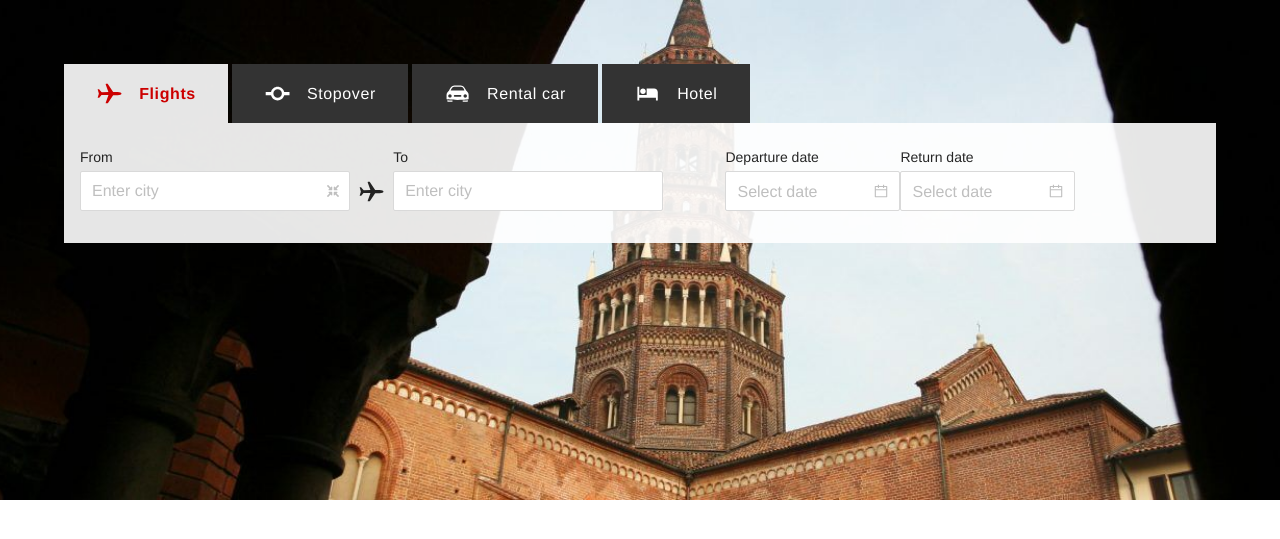
Repository: guidogr95/Everymundo-Excercise
Page: /
An editor plug-in stored every save of this project. The page is shown before and after the next save, followed by the edit.
The browser window is 1280 px wide. The pictures show the whole page.
The project was rebuilt for these pictures with package versions that can differ from the ones it lists, and the page was loaded fresh each time. Also part of the build but not shown: src/components/CustomSpin/customspin.scss.

Above is the page before, as saved 2021-07-01 20:04:21.

### src/index.jsx
import React from 'react';
import ReactDOM from 'react-dom';
import App from './App';
import reportWebVitals from './reportWebVitals';
// redux
import { createStore } from 'redux'
import { Provider } from 'react-redux'
import { flightReducer } from 'src/redux/reducers/flightReducer'
const store = createStore(flightReducer)

ReactDOM.render(
  <React.StrictMode>
    <Provider store={store}>
      <App />
    </Provider>
  </React.StrictMode>,
  document.getElementById('root')
);

// If you want to start measuring performance in your app, pass a function
// to log results (for example: reportWebVitals(console.log))
// or send to an analytics endpoint. Learn more: https://bit.ly/CRA-vitals
reportWebVitals();

### src/App.jsx
// utils
import {
  QueryClient,
  QueryClientProvider,
} from 'react-query'
// styles
import 'antd/dist/antd.css';
import './app.scss';
// components
import BookingMask from 'src/components/BookingMask'

const queryClient = new QueryClient({
  defaultOptions: {
    queries: {
      refetchOnWindowFocus: false,
    },
  },
})

function App() {
  return (
    <QueryClientProvider client={queryClient}>
      <div className="App">
        <div className="flightmanager-container container" >
          <BookingMask />
        </div>
      </div>
    </QueryClientProvider>
  );
}

export default App;

### src/redux/reducers/flightReducer.js
const initialState = {
    geo: {
      origin: '',
      desination: ''
    },
    date: {
      departure: '',
      toReturn: '',
    }
};

export const flightReducer = (state = initialState, action) => {
  switch(action.type){
    case '@geo/update-origin':
      return {
          ...state,
          geo: {
          ...state.geo,
          origin: action.payload
        }
      }
    case '@geo/update-destination':
      return {
          ...state,
          geo: {
          ...state.geo,
          destination: action.payload
        }
      }
    case '@date/update-departure':
      return {
          ...state,
          date: {
          ...state.date,
          departure: action.payload
        }
      }
    case '@date/update-to-return':
      return {
          ...state,
          date: {
          ...state.date,
          toReturn: action.payload
        }
      }
    default:
      return state;
  }
}

// action creators
// @geo
export const geoUpdateOrigin = (payload) => {
  return {
    type: '@geo/update-origin',
    payload
  }
}
export const geoUpdateDestination = (payload) => {
  return {
    type: '@geo/update-destination',
    payload
  }
}
// @date
export const dateUpdateDeparture = (payload) => {
  return {
    type: '@date/update-departure',
    payload
  }
}
export const dateUpdateToReturn = (payload) => {
  return {
    type: '@date/update-to-return',
    payload
  }
}

### src/app.scss
@import 'styles/global';

.App {
  .container {
    width: $desktop-maxwidth;
    max-width: 100%;
  }
  .flightmanager-container {
    background: url('./assets/images/bg.jpg');
    background-size: cover;
    background-position: center;
    min-height: 500px;
    margin: auto;
    padding: 4rem;
  }
}

### src/components/BookingMask/index.jsx
import { useState } from 'react'
// styles
import './bookingmask.scss'
// assets
import { IoIosAirplane, IoMdGitCommit, IoIosCar, IoMdBed } from 'react-icons/io'
// components
import EmptyTab from './EmptyTab'
import FlightsTab from './FlightsTab'

const BookingMask = () => {
  const tabs = [
    {
      name: 'Flights',
      icon: <IoIosAirplane />,
      component: <FlightsTab />
    },
    {
      name: 'Stopover',
      icon: <IoMdGitCommit />,
      component: <EmptyTab />
    },
    {
      name: 'Rental car',
      icon: <IoIosCar />,
      component: <EmptyTab />
    },
    {
      name: 'Hotel',
      icon: <IoMdBed />,
      component: <EmptyTab />
    }
  ]

  const [activeTab, setActiveTab] = useState(tabs[0].name)
  const handleTab = name => setActiveTab(name)

  return (
    <section className="bookingmask" >
      <ul className="bookingmask__nav" >
        {tabs.map(tab =>
          <button
            className={activeTab === tab.name ? 'active' : ''}
            onClick={() => handleTab(tab.name)}
            key={tab.name}
          >
            {tab.icon}<span>{tab.name}</span>
          </button>
        )}
      </ul>
      <div className="bookingmask__tabs-wrapper" >
          {tabs.map(tab =>
            <div
              key={tab.name}
              className={`bookingmask__tab${activeTab === tab.name ? ' active' : ''}`}
            >
              {tab.component}
            </div>
          )}
      </div>
    </section>
  )
}

export default BookingMask

### src/styles/_global.scss
@import 'variables';
@import 'mixins';

html,
body {
  position: relative;
  padding: 0;
  margin: 0;
  font-family: $font-family;
  -webkit-text-size-adjust: 100%;
  -webkit-font-smoothing: auto;
  -moz-font-smoothing: auto;
  -moz-osx-font-smoothing: auto;
  --antd-wave-shadow-color: #c00;
}
* {
  box-sizing: border-box;
}
ul {
  margin: 0;
  padding: 0;
}
button {
  border: none;
  cursor: pointer;
}
.ant-select {
  min-width: 270px;
}
.ant-select:not(.ant-select-disabled):hover .ant-select-selector,
.ant-select-focused:not(.ant-select-disabled).ant-select:not(.ant-select-customize-input) .ant-select-selector {
  border-color: $color-red !important;
}
body::-moz-selection,
body::selection {
  color: $color-red !important;
  background: $color-red !important;
}

### src/styles/_variables.scss
// measurements
$desktop-maxwidth: 90rem;
// colors
$color-red: #c00;
$color-gray: #333333;
$color-white: #fff;
// fonts
// font-family
$font-family: SwissText,Helvetica,Arial,sans-serif,LufthansaMamSymbolText;
// font-weight
$font-weight-medium: 700;
$font-weight-small: 300;
// font-size
$font-size-normal: 1rem;
$font-size-large: 1.7rem;
// line height
$line-height-medium: 2.2rem;
// letter spacing
$letter-spacing-small: .6px;

// tab variables
// colors
$color-active-tab-bg: hsla(0,0%,100%,.9);
// padding
$padding-tab-link: 1rem 2rem;
$padding-tab-content: 3rem 1rem 2rem 1rem;
// margin
$margin-tab-link: 0 0 0 .25rem;

### src/styles/_mixins.scss
// MIXINS
@mixin breakpoint($point) {
  @media (max-width: $point) {
    @content;
  }
}

### src/components/BookingMask/bookingmask.scss
@import '/src/styles/variables';
.bookingmask {
  &__nav {
    list-style: none;
    button {
      &:not(:first-of-type) {
        margin: $margin-tab-link;
      }
      color: $color-white;
      background: $color-gray;
      padding: $padding-tab-link;
      display: inline-flex;
      align-items: center;
      font-size: $font-size-normal;
      font-weight: $font-weight-small;
      letter-spacing: $letter-spacing-small;
      &.active {
        color: $color-red;
        font-weight: $font-weight-medium;
        background-color: $color-active-tab-bg;
      }
      svg {
        margin-right: 1rem;
        font-size: $font-size-large;
      }
    }
  }
  &__tabs-wrapper {
    position: relative;
  }
  &__tab {
    position: absolute;
    top: 0;
    left: 0;
    right: 0;
    padding: $padding-tab-content;
    background-color: $color-active-tab-bg;
    display: none;
    &.active {
      display: block;
    }
  }
}

### src/components/BookingMask/EmptyTab/index.jsx
const EmptyTab = () => {
  return (
    <div>
      some more stuff
    </div>
  )
}

export default EmptyTab

### src/components/BookingMask/FlightsTab/index.jsx

// components
import AirportInputs from './AirportInputs'
import DateInputs from './DateInputs'

import './flightstab.scss'

export default function FlightsTab () {
  return (
    <div className="bookingmask__flight" >
      <AirportInputs/>
      <DateInputs/>
    </div>
  )
}

### src/components/BookingMask/FlightsTab/AirportInputs/index.jsx
// assets
import { IoIosAirplane } from 'react-icons/io'
import { FaCompressArrowsAlt } from 'react-icons/fa'
// components
import AirportInput from './AirportInput'
// redux
import { useDispatch, useSelector } from 'react-redux'
import { geoUpdateOrigin, geoUpdateDestination } from 'src/redux/reducers/flightReducer'

import './airportinputs.scss'

export default function AirportInputs () {
  const state = useSelector(state => state.geo)
  const dispatch = useDispatch()
  const { origin, destination } = state

  return (
    <div className="bookingmask__flight--geo" >
      <AirportInput
        label="From"
        value={origin}
        setValue={(v) => dispatch(geoUpdateOrigin(v))}
        placeholder="Enter city"
        id="fromInput"
        showArrow={true}
        suffixIcon={<FaCompressArrowsAlt/>}
        />
      <span className="separator" >
        <IoIosAirplane/>
      </span>
      <AirportInput
        label="To"
        value={destination}
        setValue={(v) => dispatch(geoUpdateDestination(v))}
        placeholder="Enter city"
        id="toInput"
        showArrow={false}
      />
    </div>
  )
}

### src/components/BookingMask/FlightsTab/DateInputs/index.jsx
// components
import DateInput from './DateInput'
// redux
import { useDispatch } from 'react-redux'
import { dateUpdateDeparture, dateUpdateToReturn } from 'src/redux/reducers/flightReducer'

import './dateinputs.scss'

export default function DateInputs () {
  const dispatch = useDispatch()
  return (
    <div className="bookingmask__flight--date" >
      <DateInput
          label="Departure date"
          id="depInput"
          setValue={(v) => dispatch(dateUpdateDeparture(v))}
      />

      <DateInput
          label="Return date"
          id="returnInput"
          setValue={(v) => dispatch(dateUpdateToReturn(v))}
      />
    </div>
  )
}

### src/components/BookingMask/FlightsTab/flightstab.scss
@import '/src/styles/variables';
.bookingmask__flight {
  display: grid;
  grid-template-columns: repeat(3, auto);
  .separator {
    display: flex;
    align-items: center;
    font-size: $font-size-large;
    padding: 0 .5rem;
  }
}

### src/components/BookingMask/FlightsTab/AirportInputs/AirportInput/index.jsx
import { useCallback, useState, useMemo } from 'react'
// utils
import throttle from 'lodash/throttle'
import { Select } from 'antd'
// api
import { fetchAirports } from 'src/api/fetchers'
// components
import CustomSpin from 'src/components/CustomSpin'

import './airportinput.scss'

const { Option } = Select;

const AirportInput = ({ placeholder, showArrow, suffixIcon, label, id , value, setValue }) => {

  const [isLoading, setIsLoading] = useState(false)
  const [data, setData] = useState([])

  const throttledFetch = useMemo(
    () =>
      throttle(val => {
        fetchAirports(val)
        .then((res) => setData(res.data || []))
        .catch(() => setData([]))
        .finally(() => {
          setIsLoading(false)
        })
      }, 2000),
    []
  )
  const handleSelect = useCallback(
    val => {
      setIsLoading(true)
      const innerVal = val || ''
      setValue(innerVal)
      // fetching api accepts a min of 3 letters for search
      if (innerVal.length <= 2) {
        setData([])
        setIsLoading(false)
      } else {
        throttledFetch(val)
      }
    },
    [throttledFetch, setValue]
  )

  return (
    <div className="airportinput__wrapper" >
      {label && <label htmlFor={id} >{label}</label>}
      <Select
        showSearch
        allowClear
        id={id}
        placeholder={placeholder || 'Enter city'}
        value={value || undefined}
        onSearch={handleSelect}
        onChange={(val) => setValue(val)}
        onClear={handleSelect}
        size='large'
        showArrow={showArrow}
        suffixIcon={suffixIcon}
        optionLabelProp='value'
        defaultActiveFirstOption={false}
        dropdownClassName="airportinput__dropdown"
        filterOption={false}
        notFoundContent={isLoading ? <CustomSpin size="medium"/> : null}
      >
        {data.length > 0
          ? data.map(airport =>
            <Option key={airport.iata} value={`${airport.city} - ${airport.iata}`} >
              <span>{airport.name}</span>
              <span>{airport.iata}</span>
              <span>{airport.country.name}</span>
            </Option>)
          : null
        }
      </Select>
    </div>
  )
}

export default AirportInput

### src/components/BookingMask/FlightsTab/AirportInputs/airportinputs.scss
.bookingmask__flight--geo {
  display: flex;
}

### src/components/BookingMask/FlightsTab/DateInputs/DateInput/index.jsx
import { DatePicker } from 'antd'
import { useState } from 'react'

import './dateinput.scss'

const DateInput = ({ id, label, setValue }) => {
  const [dateObj, setDateObj] = useState('')
  const onChange = (date, dateString) => {
    setDateObj(date)
    setValue(dateString)
  }
  return (
    <div className="dateinput__wrapper" >
      {label && <label htmlFor={id} >{label}</label>}
      <DatePicker
        size="large"
        id={id}
        value={dateObj}
        onChange={onChange}
      />
    </div>
  )
}

export default DateInput

### src/components/BookingMask/FlightsTab/DateInputs/dateinputs.scss
.bookingmask__flight--date {
  display: flex;
}

### src/api/fetchers.js
// utils
import axios from 'axios'

const apiUrl = 'https://airportnames.vercel.app/api'

const fetchAirports = (term) => axios.post(`${apiUrl}/getAirports`, { term })

export {
  fetchAirports
}

### src/components/CustomSpin/index.jsx
import { Spin } from 'antd'
import { LoadingOutlined } from '@ant-design/icons'

import './customspin.scss'

const antIcon = <LoadingOutlined className="customspin" spin />

const CustomSpin = (props) => <Spin indicator={antIcon} {...props} />

export default CustomSpin

### src/components/BookingMask/FlightsTab/AirportInputs/AirportInput/airportinput.scss
.airportinput__dropdown {
  .ant-select-item-empty {
    text-align: center;
  }
  .ant-select-item-option-content {
    display: flex;
    flex-direction: column;
    span:nth-of-type(2) {
      font-weight: bold;
    }
  }
}
.airportinput__wrapper {
  display: flex;
  flex-direction: column;
  position: relative;
  label {
    position: absolute;
    left: 0;
    bottom: calc(100% + .2rem);
  }
}

### src/components/BookingMask/FlightsTab/DateInputs/DateInput/dateinput.scss
.dateinput__wrapper {
  display: flex;
  flex-direction: column;
  position: relative;
  label {
    position: absolute;
    left: 0;
    bottom: calc(100% + .2rem);
  }
}

Loaded but not shown: public/index.html (common file); src/reportWebVitals.js (common file)

After the next save:
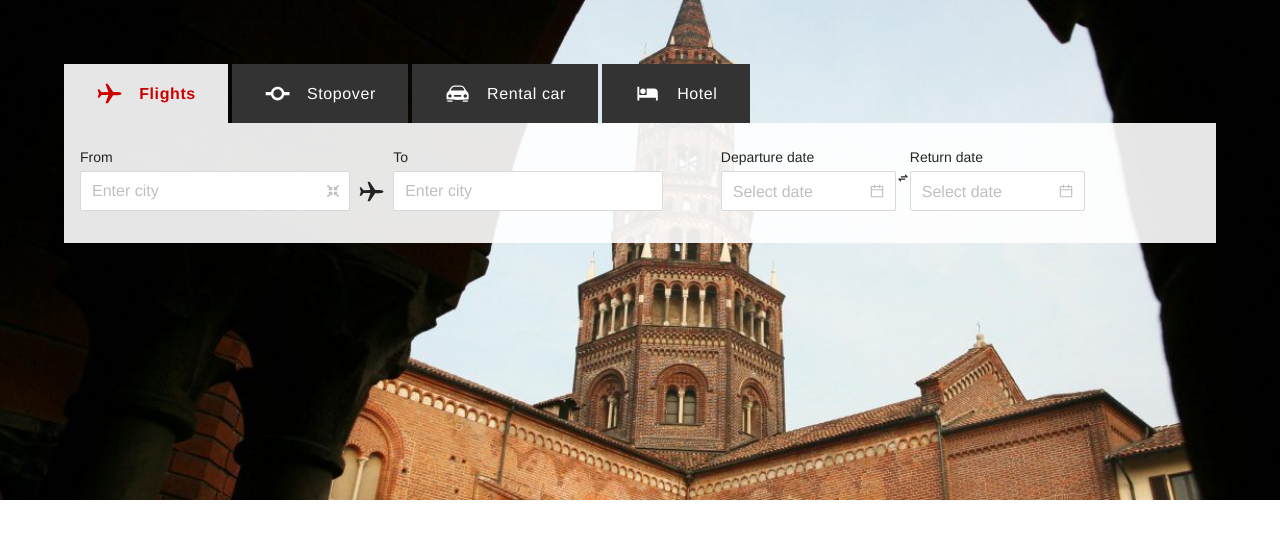
Saved 13 s later.
--- a/src/components/BookingMask/FlightsTab/DateInputs/index.jsx
+++ b/src/components/BookingMask/FlightsTab/DateInputs/index.jsx
@@ -1,3 +1,5 @@
+// assets
+import { CgArrowsExchange } from 'react-icons/cg'
 // components
 import DateInput from './DateInput'
 // redux
@@ -15,7 +17,7 @@ export default function DateInputs () {
           id="depInput"
           setValue={(v) => dispatch(dateUpdateDeparture(v))}
       />
-
+      <CgArrowsExchange/>
       <DateInput
           label="Return date"
           id="returnInput"
